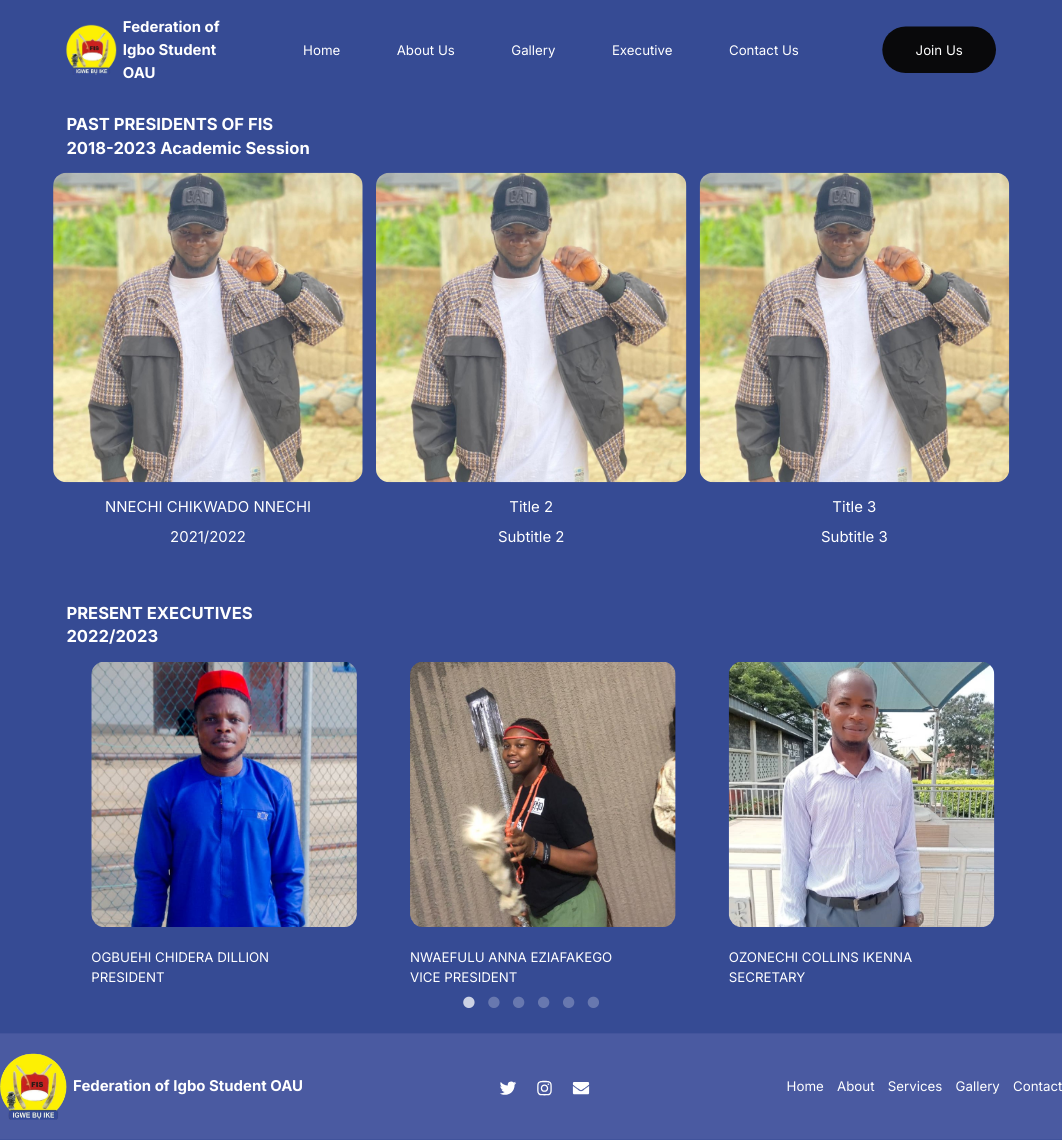
Repository: akinolapo/fis
Page: /executive
An editor plug-in stored every save of this project. The page is shown before and after the next save, followed by the edit.
The browser window is 1280 px wide. The pictures show the whole page, at 83% of full size.
The project was rebuilt for these pictures with package versions that can differ from the ones it lists, and the page was loaded fresh each time. The framework's server and built-in components were replaced by stand-ins that run in the browser. Also part of the build but not shown: next.config.mjs.

Above is the page before, as saved 2024-05-06 23:06:24.

After the next save:
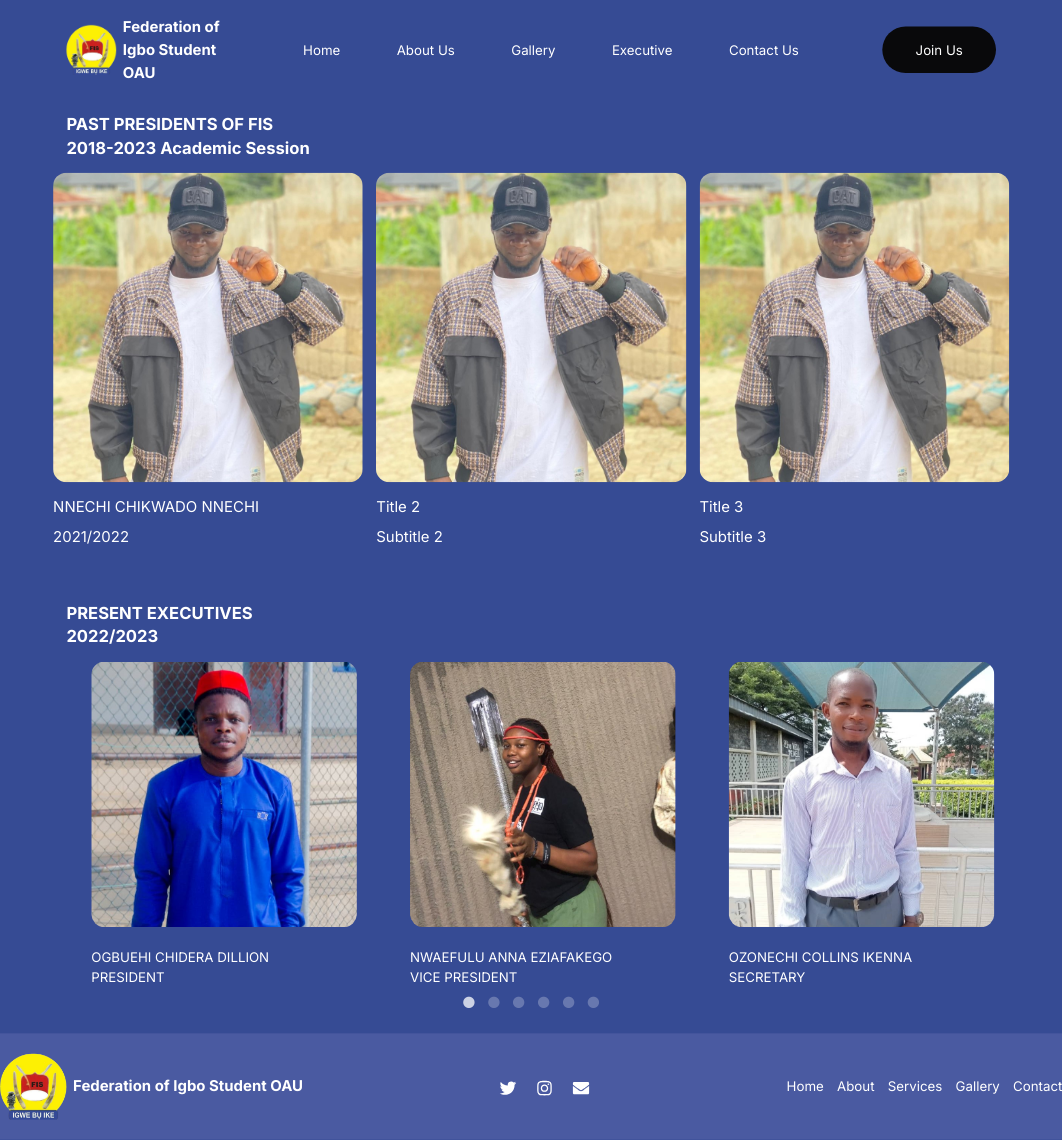
Saved 2 min 4 s later.
--- a/app/components/ImageTitle/ImageWithTitle.tsx
+++ b/app/components/ImageTitle/ImageWithTitle.tsx
@@ -9,7 +9,7 @@
 
 const ImageWithTitle: React.FC<ImageWithTitleProps> = ({ imageSrc, title, subtitle }) => {
   return (
-    <div className="flex flex-col items-center mb-8 md:w-1/3">
+    <div className=" mb-8 md:w-1/3">
       <Image src={imageSrc} alt={title} className="w-full h-auto mb-4 rounded-2xl" width={320} height={320} />
       <p className="text-lg mb-2">{title}</p>
       <p className="text-lg">{subtitle}</p>

After the save that followed:
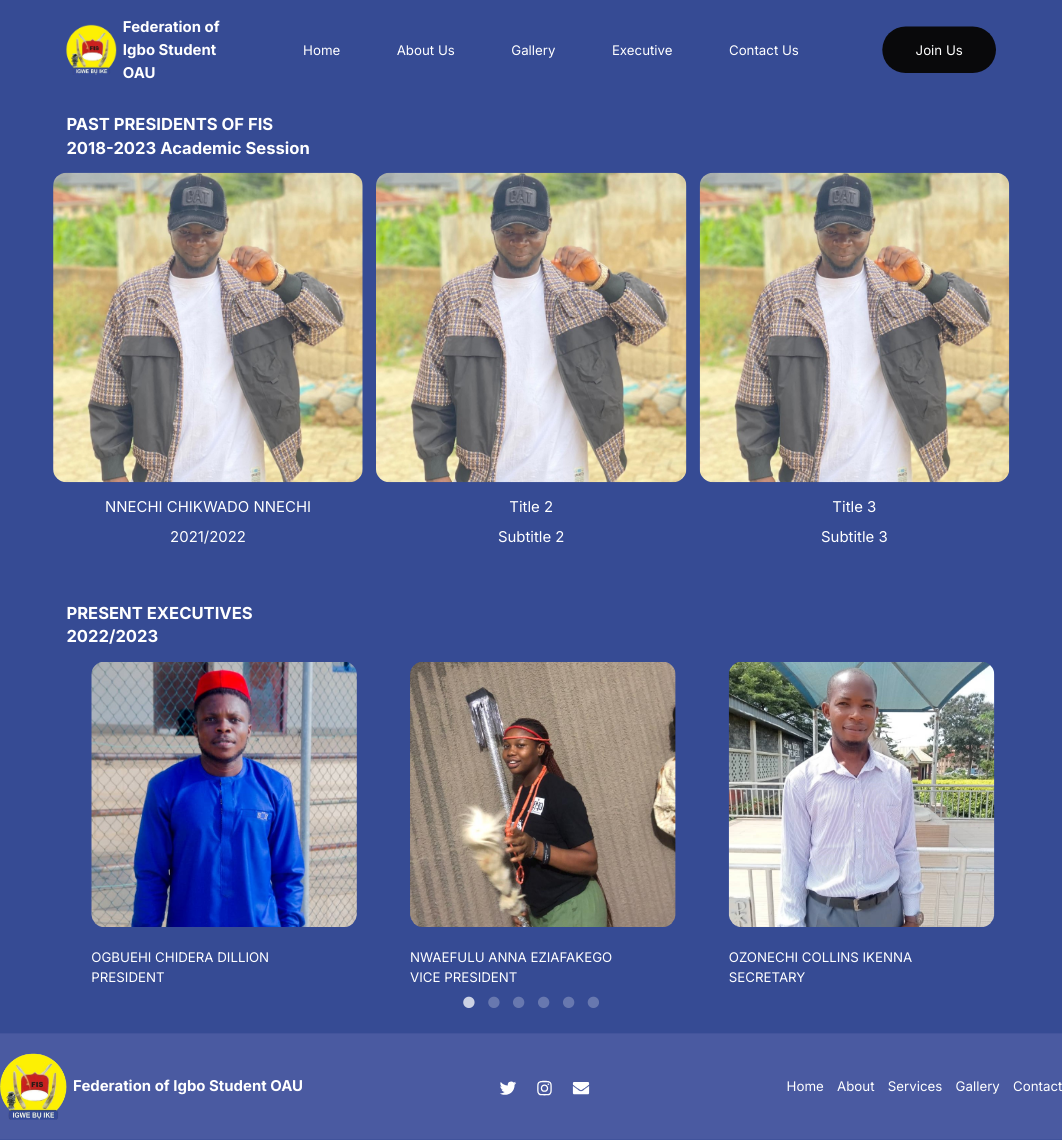
Saved 9 s later.
--- a/app/components/ImageTitle/ImageWithTitle.tsx
+++ b/app/components/ImageTitle/ImageWithTitle.tsx
@@ -9,7 +9,7 @@
 
 const ImageWithTitle: React.FC<ImageWithTitleProps> = ({ imageSrc, title, subtitle }) => {
   return (
-    <div className=" mb-8 md:w-1/3">
+    <div className="flex flex-col items-center mb-8 md:w-1/3">
       <Image src={imageSrc} alt={title} className="w-full h-auto mb-4 rounded-2xl" width={320} height={320} />
       <p className="text-lg mb-2">{title}</p>
       <p className="text-lg">{subtitle}</p>
